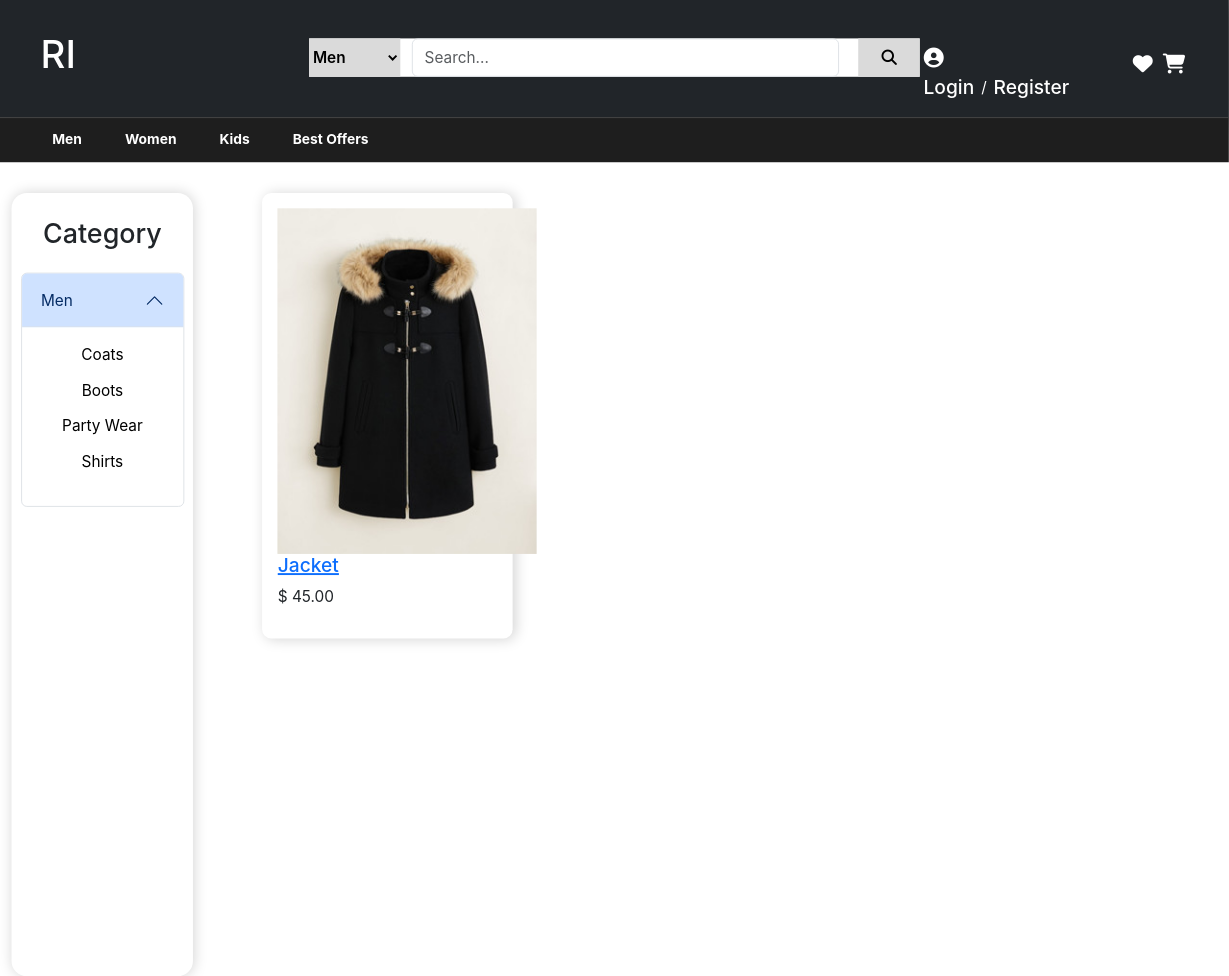
Repository: KodandaraoChellapilli/e-store
Page: /
The author's editor kept a copy of each file at every save. The page is drawn from the files as they stood at one save, then again after the next save.
The browser window is 1280 px wide. The pictures show the whole page, at 96% of full size.
The project was rebuilt for these pictures with package versions that can differ from the ones it lists, and the page was loaded fresh each time. Also part of the build but not shown: src/App.css.

Above is the page before, as saved 2025-06-10 13:02:22.

### public/index.html
<!DOCTYPE html>
<html lang="en">
  <head>
    <meta charset="utf-8" />
    <link rel="icon" href="%PUBLIC_URL%/favicon.ico" />
    <meta name="viewport" content="width=device-width, initial-scale=1" />
    <meta name="theme-color" content="#000000" />
    <meta
      name="description"
      content="Web site created using create-react-app"
    />
    <link rel="apple-touch-icon" href="%PUBLIC_URL%/logo192.png" />
    <!--
      manifest.json provides metadata used when your web app is installed on a
      user's mobile device or desktop. See https://developers.google.com/web/fundamentals/web-app-manifest/
    -->
    <link rel="manifest" href="%PUBLIC_URL%/manifest.json" />

    <link rel="stylesheet"   href="https://cdnjs.cloudflare.com/ajax/libs/font-awesome/6.7.2/css/all.min.css"/>


    <link href="https://cdn.jsdelivr.net/npm/bootstrap@5.3.6/dist/css/bootstrap.min.css" rel="stylesheet" integrity="sha384-4Q6Gf2aSP4eDXB8Miphtr37CMZZQ5oXLH2yaXMJ2w8e2ZtHTl7GptT4jmndRuHDT" crossorigin="anonymous">
    <!--
      Notice the use of %PUBLIC_URL% in the tags above.
      It will be replaced with the URL of the `public` folder during the build.
      Only files inside the `public` folder can be referenced from the HTML.

      Unlike "/favicon.ico" or "favicon.ico", "%PUBLIC_URL%/favicon.ico" will
      work correctly both with client-side routing and a non-root public URL.
      Learn how to configure a non-root public URL by running `npm run build`.
    -->
    <title>React App</title>
  </head>
  <body>
    <noscript>You need to enable JavaScript to run this app.</noscript>
    <div id="root"></div>
    <!--
      This HTML file is a template.
      If you open it directly in the browser, you will see an empty page.

      You can add webfonts, meta tags, or analytics to this file.
      The build step will place the bundled scripts into the <body> tag.

      To begin the development, run `npm start` or `yarn start`.
      To create a production bundle, use `npm run build` or `yarn build`.
    -->
    <script src="https://cdn.jsdelivr.net/npm/bootstrap@5.3.6/dist/js/bootstrap.bundle.min.js" integrity="sha384-j1CDi7MgGQ12Z7Qab0qlWQ/Qqz24Gc6BM0thvEMVjHnfYGF0rmFCozFSxQBxwHKO" crossorigin="anonymous"></script>

  </body>
</html>

### src/App.js
import logo from './logo.svg';
import './App.css';
import TopNav from './Components/TopNav';
import  CatNav from './Components/CatNav';
import MainComponent from './Components/MainComponent';



function App() {
  return (
    <div className="App">

      <TopNav />
      <CatNav />
      <MainComponent />

    </div>
  );
}

export default App;

### src/Components/TopNav/index.js
import './_top-nav.scss';

const TopNav = () => {
    return (
        <div className='header bg-dark'>
            <div className='row top-nav-row'>

                <div className='brand my-1'>
                    <h1>RI</h1>
                </div>

                <div className='inp-container p-0 my-4 w-50 h-25 bg-white'>
                    <div className='dropdown m-0 p-0'>
                        <select className='select-btn w-100 p-0 m-0'>
                            <option>Men</option>
                            <option>Women</option>
                            <option>Kids</option>
                        </select>
                    </div>

                    <input className='form-control' placeholder='Search...' />
                    <button type="button"><i className='fa fa-search'></i></button>
                </div>

                <div className='login-container p-0'>
                    <i className='fa fa-user-circle user-icon'></i>
                    <div className='auth-links'>
                        <h5><a href='/login'>Login</a></h5>
                        <span> / </span>
                        <h5><a href='/register'>Register</a></h5>
                    </div>
                </div>

                <div className='cart-wishlist'>
                    <ul className='p-0'>
                        <li className='list-icon'><i className='fa fa-heart'></i></li>
                        <li className='list-icon'><i className='fa fa-shopping-cart'></i></li>
                    </ul>
                </div>

            </div>
        </div>
    );
};

export default TopNav;

### src/Components/CatNav/index.js
import './_cat-nav.scss';


const CatNav =()=> {
    return (
        <>

        <div className='cat-nav-container continer'>
            <ul>
                <li className ='list-items'> <a href='#'> Men  </a></li>
                <li className ='list-items' > <a href='#'> Women </a></li>
                <li  className ='list-items'> <a href='#'> Kids </a></li>
                <li  className ='list-items'> <a href='#'> Best Offers </a></li>

            </ul>
        </div>


        </>
    )
}

export default CatNav;

### src/Components/MainComponent/index.js
import './_main-component.scss';
import SideNav from '../SideNav';
import Products from '../Products';

const MainComponent =()=> {

    return (
        <div>
            <div className='container-fluid'>
                <div className='row'>

                     <div className='col-lg-2 col-md-3 col-sm-4'>
                    <SideNav/>
                </div>

                <div className='col-lg-10 col-md-9 col-sm-8'>

                    <Products/>

                </div>



                </div>

            </div>
        </div>
    )
}

export default MainComponent;

### src/Components/TopNav/_top-nav.scss
@import '../../style/sass/variables';

.header {
  max-width: 100%;
  box-shadow: 5px 5px 20px gray;
  padding: 1em;
}

.top-nav-row div {
  display: flex;
  align-items: center;
  flex-wrap: wrap;
  justify-content: space-between;
}

.brand {
  color: white;
  margin-left: 2%;
  padding: 0.8em;
  width: 23%;
}

.inp-container {
  display: flex;
  align-items: center;
  width: 50%;
  padding: 0.5em;
  background-color: white;
}

.inp-container .dropdown {
  width: 15%;
  margin-right: 0.5em;
}

.drropdown{
    width: 15%;
}

.select-btn {
  height: $element-height;
  border: none;
  background-color: #dadada;
  font-weight: 600;
  width: 100%;
}

.inp-container input {
  width: 70%;
  height: $element-height;
  margin-right: 0.5em;
}

.inp-container button {
  width: 10%;
  height: $element-height;
  border: none;
  background-color: #dadada;
}

.login-container {
  width: 15%;
  color: white;
  text-align: right;
  margin: 1.7em 0.2em 0 0;
}

.user-icon {
  margin-right: 0.4em;
  padding: 0.2em;
  font-size: $icon-font;
}

.auth-links {
  display: inline-block;
}

.login-container h5,
.login-container span {
  display: inline-block;
  margin: 0 0.2em;
}

.login-container a {
  text-decoration: none;
  color: white;
}

.cart-wishlist {
  width: 7%;
  margin-top: 1.7em;
  margin-left: 1em;
}

.cart-wishlist .list-icon {
  color: white;
  font-size: $icon-font;
  list-style-type: none;
  display: inline-block;
  margin-right: 0.5em;
}

### src/Components/CatNav/_cat-nav.scss
@import '../../style/sass/variables';
@import '../../style/sass/mixins';


.cat-nav-container {
  background-color: #1e1e1e; // Dark background for nav
  max-width: 100%; // Makes the nav bar take full width
  border-top: 1px solid #444444; // Adds a subtle top border

  .list-items {
    list-style-type: none; // Removes bullets from the list
    display: inline-block; // Aligns list items horizontally
    margin: 0.2em 1em; // Space around each list item
    padding: 0.4em; // Inner spacing
    height: 2.5em; // Sets height of each item
  }

  a {
    text-decoration: none; // Removes underline from links
    color: white; // Makes link text white
    height: 1.8em; // Sets height of the anchor tag
    font-size: 0.9em; // Slightly smaller font
    font-weight: 700; // Makes text bold

    @include underline-transition(1.1); // Applies underline transition effect


  }
}

### src/Components/SideNav/index.js
import './_side-nav.scss';

const SideNav = () => {
  return (
    <div className='side-nav'>
      <div className='section-title'>
        <h3>Category</h3>
      </div>

      <div className='accordion'>
        <div className='accordion-item individual-category'>
          <div className='accordion-header'>
            <button
              className='accordion-button'
              data-bs-target="#accordion-heading-one"
              data-bs-toggle="collapse"
            >
              Men
            </button>
          </div>

          <div
            className='accordion-collapse collapse show'
            id='accordion-heading-one'
            data-bs-parent=".accordion"
          >
            <div className='accordion-body'>
              <ul>
                <li className='sub-items'><a href='#'>Coats</a></li>
                <li className='sub-items'><a href='#'>Boots</a></li>
                <li className='sub-items'><a href='#'>Party Wear</a></li>
                <li className='sub-items'><a href='#'>Shirts</a></li>
              </ul>
            </div>
          </div>
        </div>
      </div>
    </div>
  );
};

export default SideNav;

### src/Components/Products/index.js
import './_products.scss';

const Products = () => {
    return (
        <div>
            <div className= 'mx-5 p-3 col-lg-3 col-md-6  product-card'>
                <div className= 'product-image-container'>

                    <img src={require('../../assets/images/shop/shop-1.jpg')}/>

                </div>

                <div>
                    <h5> <a href='#'> Jacket </a> </h5>
                    <p> $ 45.00 </p>

                </div>
            </div>
        </div>
    )
}

export default Products;

### src/style/sass/_variables.scss
$accent-color: red;
$icon-font: 1.3em;
$element-height: 2.5em;

### src/style/sass/_mixins.scss
@mixin transition($property, $duration) {
  transition-property: $property;
  transition-duration: $duration;
}


@mixin underline-transition($width){
     &::after {
      content: ''; // Creates a fake element after <a>
      display: block; // Makes it act like a visible block
      bottom: 0; // Align it to bottom (needs position to work correctly)
      left: 0; // Align it to left side
      height: 0.2em; // Thin line height
      background-color:$accent-color; // Line color
      transform: scaleX(0); // Starts invisible
      @include transition(transform, 0.2s )
    }

    &:hover::after {
      transform: scaleX($width); // When hovering, stretch the line slightly
    }
}

### src/Components/SideNav/_side-nav.scss
@import "../../style/sass/mixins";
@import "../../style/sass/variables";

.side-nav{
    margin-top: 1em;
    padding: 0.6em;
    box-shadow: 1px 0px 14px 0px lightgray;
    height: 51em;
    border-radius: 1em;


    .section-title{
        padding: 1em;

        h3{
            text-align: center;
        }
    }

    .individual-category{
        ul{
            padding: 0;
        }
        .sub-items{
            text-align: center;
            margin-bottom: 0.6em;

            list-style-type: none; // Removes bullets from the list
            a{
                text-decoration: none; // Removes underline from linls
                color: black; // Makes link text black
                @include underline-transition(0.3); // Applies underline transition effect
            }
        }
    }
}

### src/Components/Products/_products.scss


.product-card{
    margin-top: 1em;
    margin-bottom: 1em;
    box-shadow: 3px 1px 14px 0px lightgray;
    border-radius: 0.6em;
}

Loaded but not shown: src/index.js (common file); src/index.css (common file); src/reportWebVitals.js (common file); src/Components/MainComponent/_main-component.scss (no stored copy; drawn as an empty file)

After the next save:
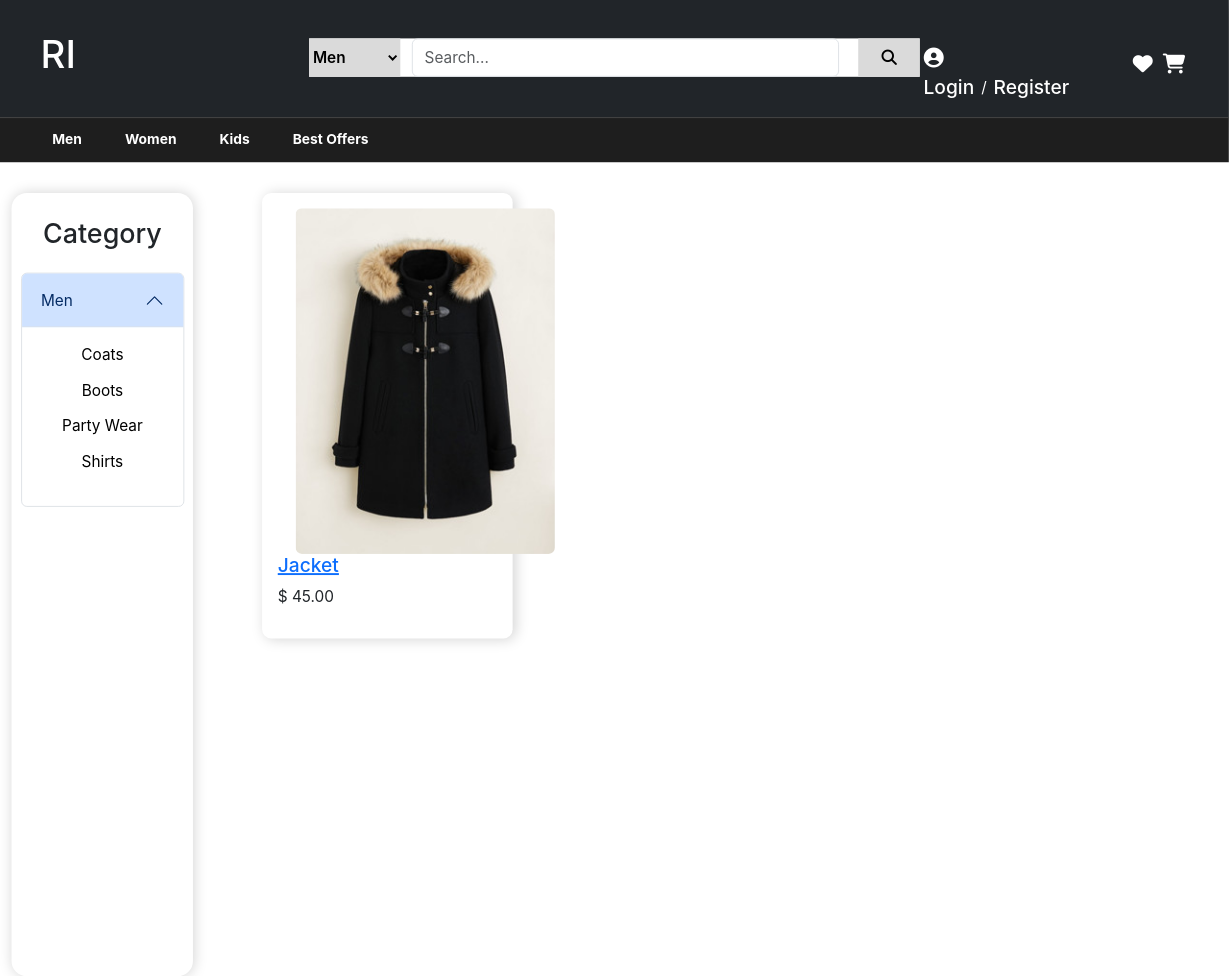
Saved 2 min 23 s later.
--- a/src/Components/Products/_products.scss
+++ b/src/Components/Products/_products.scss
@@ -5,4 +5,11 @@
     margin-bottom: 1em;
     box-shadow: 3px 1px 14px 0px lightgray;
     border-radius: 0.6em;
+
+    .product-image-container{
+        img{
+            margin-left: 8%;
+            border-radius: 0.4em
+        }
+    }
 }
